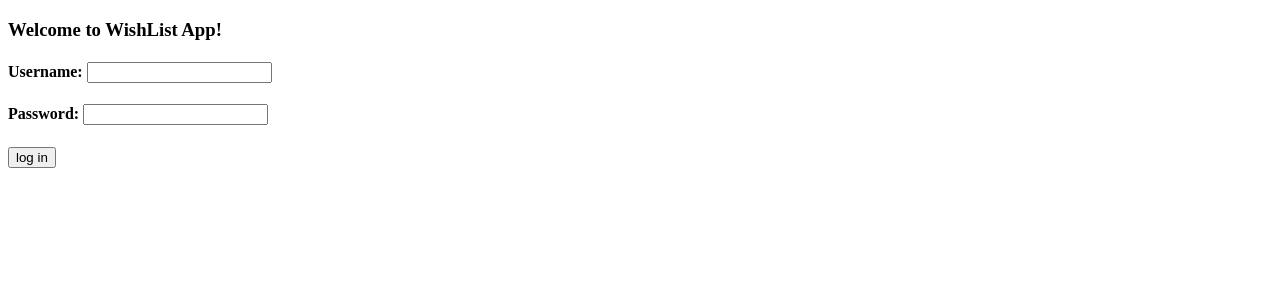
Repository: lomcaitlin/cst438_s21_proj02_groupb
Page: http://localhost/wishlistApp/login/
The author's editor kept a copy of each file at every save. The page is drawn from the files as they stood at one save, then again after a run of saves.
The browser window is 1280 px wide. The pictures show the whole page.
The page is served by the project's application, run on Django 3.2 (manage.py). Other server files are loaded and not shown.

Above is the page before, as saved 2021-03-06 13:53:27.

### wishlistApp/templates/wishlistApp/login.html
<!DOCTYPE html>
<html>
<head>
  <meta charset="utf-8">
  <meta name="viewport" content="width=device-width">
  <title>login</title>
</head>
<body>
<h3>Welcome to WishList App!</h3>
<h4>Username:
<input type="text" name="username"></h4>

<h4>Password:  <input type="password" name="password"></h4>
<button>log in</button>
</body>
</html>

### wishlist/urls.py
"""wishlist URL Configuration

The `urlpatterns` list routes URLs to views. For more information please see:
    https://docs.djangoproject.com/en/3.1/topics/http/urls/
Examples:
Function views
    1. Add an import:  from my_app import views
    2. Add a URL to urlpatterns:  path('', views.home, name='home')
Class-based views
    1. Add an import:  from other_app.views import Home
    2. Add a URL to urlpatterns:  path('', Home.as_view(), name='home')
Including another URLconf
    1. Import the include() function: from django.urls import include, path
    2. Add a URL to urlpatterns:  path('blog/', include('blog.urls'))
"""
from django.contrib import admin
from django.urls import include, path



urlpatterns = [
	path('wishlistApp/', include('wishlistApp.urls')),
    path('admin/', admin.site.urls),
]

### wishlistApp/urls.py
from django.urls import path

from django.contrib.auth import views as auth_views
from django.urls import path, include
from . import views as user_views


urlpatterns = [
    path('', user_views.index, name='index'),
    path('login/', auth_views.LoginView.as_view(template_name='wishlistApp/login.html'), name='login'),
    path('logout/', auth_views.LogoutView.as_view(template_name='wishlistApp/logout.html'), name='logout'),

]

After the next 3 saves:
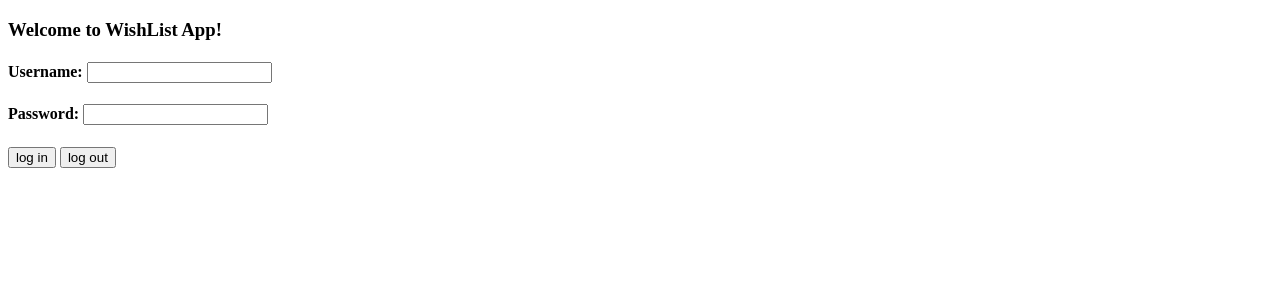
The 3 saves are shown as one change because they came seconds apart.
The last was saved 61 s later.
--- a/wishlistApp/templates/wishlistApp/login.html
+++ b/wishlistApp/templates/wishlistApp/login.html
@@ -11,6 +11,6 @@
 <input type="text" name="username"></h4>
 
 <h4>Password:  <input type="password" name="password"></h4>
-<button>log in</button>
+<button>log in</button>                 <button>log out</button>
 </body>
 </html>

After the 2 saves that followed:
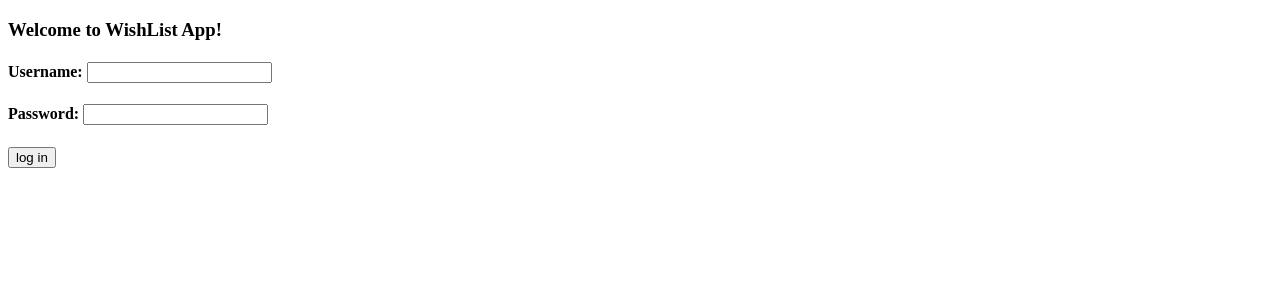
The 2 saves are shown as one change because they came seconds apart.
The last was saved 8 s later.
--- a/wishlistApp/templates/wishlistApp/login.html
+++ b/wishlistApp/templates/wishlistApp/login.html
@@ -11,6 +11,6 @@
 <input type="text" name="username"></h4>
 
 <h4>Password:  <input type="password" name="password"></h4>
-<button>log in</button>                 <button>log out</button>
+<button>log in</button>
 </body>
 </html>
